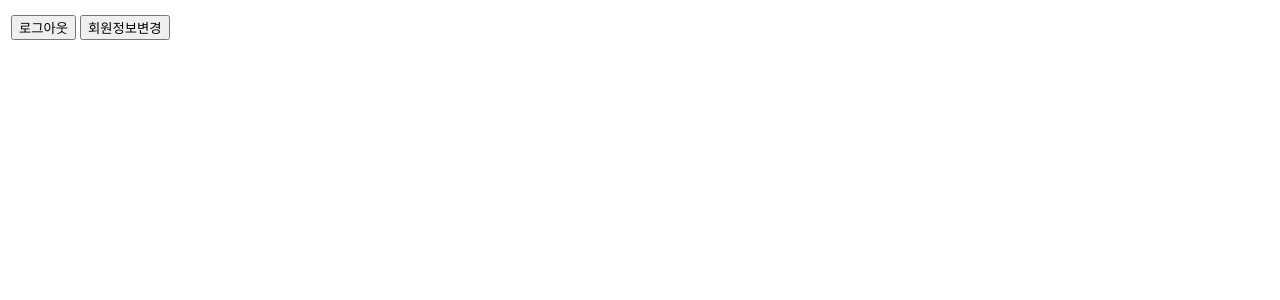
Repository: lch901/webStudy
Page: http://localhost/beanPro/main.jsp
An editor plug-in stored every save of this project. The page is shown before and after the next save, followed by the edit.
The browser window is 1280 px wide. The pictures show the whole page.
The page is served by Tomcat 9. Other server files are loaded and not shown.

Above is the page before, as saved 2020-08-25 00:47:54.

### beanPro/WebContent/main.jsp
<%@ page language="java" contentType="text/html; charset=UTF-8"
    pageEncoding="UTF-8"%>
<!DOCTYPE html PUBLIC "-//W3C//DTD HTML 4.01 Transitional//EN" "http://www.w3.org/TR/html4/loose.dtd">
<html>
<head>
<meta http-equiv="Content-Type" content="text/html; charset=UTF-8">
<title>Insert title here</title>
</head>
<body>
	<form action="logout.jsp" method="get">
		<table>
			<tr>
				<td></td>
			</tr>
			<tr>
				<td colspan="2">
					<!-- <input type="submit" value="로그인"> -->
					<input type="submit" value="로그아웃">
					<input type="button" value="회원정보변경" onclick="location.href='memberUpdate.jsp'">
				</td>
			</tr>
		</table>
	</form>
</body>
</html>

After the next save:
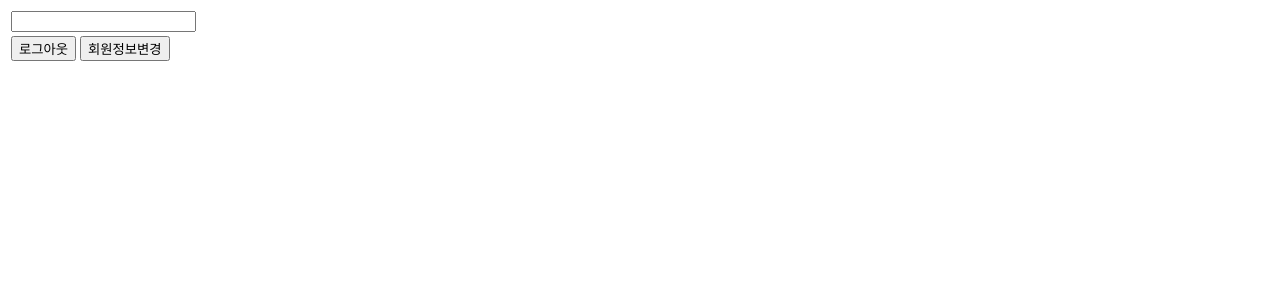
Saved 25 s later.
--- a/beanPro/WebContent/main.jsp
+++ b/beanPro/WebContent/main.jsp
@@ -10,7 +10,7 @@
 	<form action="logout.jsp" method="get">
 		<table>
 			<tr>
-				<td></td>
+				<td><input type="text" name=""></td>
 			</tr>
 			<tr>
 				<td colspan="2">
